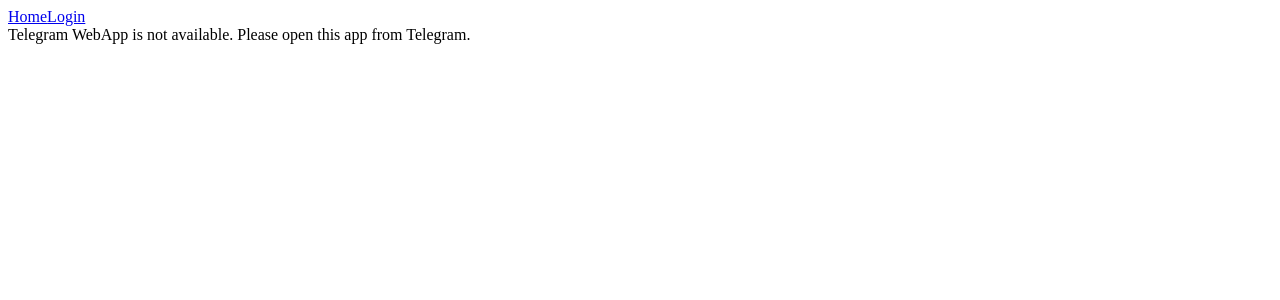
Repository: voyagebagage/voting-app
Page: /
An editor plug-in stored every save of this project. The page is shown before and after the next save, followed by the edit.
The browser window is 1280 px wide. The pictures show the whole page.
The project was rebuilt for these pictures with package versions that can differ from the ones it lists, and the page was loaded fresh each time. The framework's server and built-in components were replaced by stand-ins that run in the browser. Also part of the build but not shown: next.config.mjs.

Above is the page before, as saved 2024-08-31 18:44:30.

### src/app/layout.tsx
import { Suspense, ReactNode } from "react";
import Script from "next/script";
import Link from "next/link";

interface RootLayoutProps {
  children: ReactNode;
}

export default function RootLayout({ children }: RootLayoutProps) {
  return (
    <html lang="en">
      <head>
        <Script
          src="https://telegram.org/js/telegram-web-app.js"
          strategy="beforeInteractive"
        />
      </head>
      <body>
        <nav>
          <Link href="/">Home</Link>
          <Link href="/login">Login</Link>
        </nav>
        <Suspense fallback={<div>Loading...</div>}>{children}</Suspense>
      </body>
    </html>
  );
}

### src/app/page.tsx
"use client";

import { useCallback, useEffect, useState } from "react";
import { useRouter } from "next/navigation";
import { verifyTokenAndGetUser } from "@/app/lib/auth";
import { TelegramUser } from "@/types";
import Login from "@/app/login/page";

export default function Home() {
  const router = useRouter();
  const [user, setUser] = useState<TelegramUser | null>(null);
  const [isLoading, setIsLoading] = useState(true);
  const [error, setError] = useState<string | null>(null);

  useEffect(() => {
    const token = localStorage.getItem("token");
    if (token) {
      verifyTokenAndGetUser(token)
        .then((userData) => {
          if (userData) {
            setUser(userData);
          } else {
            setError("Failed to get user data");
          }
        })
        .catch((error) => {
          console.error("Error verifying token:", error);
          setError("Error verifying token");
        })
        .finally(() => {
          setIsLoading(false);
        });
    } else {
      setIsLoading(false);
    }
  }, []);

  const handleLogin = useCallback((userData: TelegramUser) => {
    console.log("handleLogin called with:", userData);
    setUser(userData);
  }, []);

  if (isLoading) {
    return <div>Loading...</div>;
  }

  if (error) {
    return <div>Error: {error}</div>;
  }

  if (!user) {
    return <Login onLogin={handleLogin} />;
  }

  return (
    <div>
      <h1>Welcome, {user.first_name}!</h1>
      {/* Your app content */}
    </div>
  );
}

### src/app/lib/auth.ts
import { createHmac } from "crypto";
import jwt from "jsonwebtoken";
import { TelegramUser } from "@/types";

const JWT_SECRET = process.env.JWT_SECRET as string;
const BOT_TOKEN = process.env.TELEGRAM_BOT_TOKEN as string;

// export interface TelegramUser {
//   id: number;
//   first_name: string;
//   last_name?: string;
//   username?: string;
//   language_code?: string;
//   photo_url?: string;
//   auth_date: number;
//   hash: string;
// }

export function verifyToken(token: string): { userId: string } | null {
  try {
    return jwt.verify(token, JWT_SECRET) as { userId: string };
  } catch (error) {
    console.error("Error verifying JWT:", error);
    return null;
  }
}

export function generateToken(userId: string): string {
  return jwt.sign({ userId }, JWT_SECRET, { expiresIn: "1d" });
}

export async function verifyTokenAndGetUser(
  token: string
): Promise<TelegramUser | null> {
  try {
    const response = await fetch("/api/auth/verify", {
      headers: { Authorization: `Bearer ${token}` },
    });
    if (response.ok) {
      return response.json();
    }
    return null;
  } catch (error) {
    console.error("Error verifying token:", error);
    return null;
  }
}

function parseInitData(initData: string) {
  const q = new URLSearchParams(initData);
  const hash = q.get("hash");
  q.delete("hash");
  const v = Array.from(q.entries());
  v.sort(([aN], [bN]) => aN.localeCompare(bN));
  const data_check_string = v.map(([n, v]) => `${n}=${v}`).join("\n");
  return { hash, data_check_string };
}

// export function verifyTelegramAuth(initData: string): boolean {
//   const urlParams = new URLSearchParams(initData);
//   const hash = urlParams.get("hash");
//   urlParams.delete("hash");
//   const dataCheckString = urlParams.toString();

//   if (!BOT_TOKEN) {
//     console.error("BOT_TOKEN is not set");
//     return false;
//   }

//   const secretKey = crypto.createHash("sha256").update(BOT_TOKEN).digest();
//   const hmac = crypto
//     .createHmac("sha256", secretKey)
//     .update(dataCheckString)
//     .digest("hex");

//   console.log("Data check string:", dataCheckString);
//   console.log("Generated HMAC:", hmac);
//   console.log("Received hash:", hash);

//   return hmac === hash;
// }
export function verifyTelegramAuth(initData: string): boolean {
  const { hash, data_check_string } = parseInitData(initData);

  if (!BOT_TOKEN) {
    console.error("BOT_TOKEN is not set");
    return false;
  }

  const secret_key = createHmac("sha256", "WebAppData")
    .update(BOT_TOKEN)
    .digest();
  const key = createHmac("sha256", secret_key)
    .update(data_check_string)
    .digest("hex");

  console.log("Data check string:", data_check_string);
  console.log("Generated key:", key);
  console.log("Received hash:", hash);

  return key === hash;
}

### src/app/login/page.tsx
"use client";

import { useEffect, useState } from "react";
import { useRouter } from "next/navigation";
import { TelegramUser } from "@/types";

interface LoginProps {
  onLogin: (user: TelegramUser) => void;
}

export default function Login({ onLogin }: LoginProps) {
  const router = useRouter();
  const [error, setError] = useState<string | null>(null);

  useEffect(() => {
    console.log("Login component mounted");
    console.log("onLogin is a function:", typeof onLogin === "function");
    if (window.Telegram?.WebApp) {
      const webApp = window.Telegram.WebApp;
      webApp.ready();

      const initData = webApp.initData;

      //   console.log("Init Data:", initData);

      if (initData) {
        fetch("/api/auth/telegram", {
          method: "POST",
          headers: {
            "Content-Type": "application/json",
          },
          body: JSON.stringify({ initData }),
        })
          .then((response) => {
            if (!response.ok) {
              throw new Error(`HTTP error! status: ${response.status}`);
            }
            return response.json();
          })
          .then(async (data) => {
            if (data.token) {
              localStorage.setItem("token", data.token);
              const userParams = new URLSearchParams(initData).get("user");
              if (userParams) {
                const user: TelegramUser = await JSON.parse(userParams);
                console.log("User data:", user);

                onLogin(user);
                router.push("/");
              } else {
                throw new Error("User data not found");
              }
            } else {
              throw new Error("No token received");
            }
          })
          .catch((error) => {
            console.error("Authentication error:", error);
            setError(`Failed to authenticate. ${error.message}`);
          });
      } else {
        setError("No init data available. Please open this app from Telegram.");
      }
    } else {
      setError(
        "Telegram WebApp is not available. Please open this app from Telegram."
      );
    }
  }, [onLogin, router]);

  if (error) {
    return <div>{error}</div>;
  }

  return <div>Authenticating...</div>;
}

After the next save:
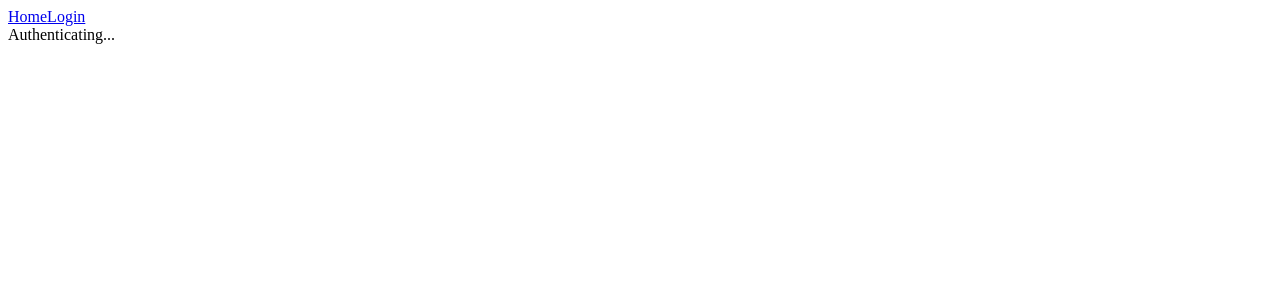
Saved 2 min 29 s later.
--- a/src/app/login/page.tsx
+++ b/src/app/login/page.tsx
@@ -1,7 +1,6 @@
 "use client";
 
-import { useEffect, useState } from "react";
-import { useRouter } from "next/navigation";
+import { useEffect, useCallback } from "react";
 import { TelegramUser } from "@/types";
 
 interface LoginProps {
@@ -9,68 +8,39 @@
 }
 
 export default function Login({ onLogin }: LoginProps) {
-  const router = useRouter();
-  const [error, setError] = useState<string | null>(null);
+  console.log("Login component rendered, onLogin type:", typeof onLogin);
+
+  const handleTelegramLogin = useCallback(
+    (user: TelegramUser) => {
+      console.log("Handling Telegram login:", user);
+      if (typeof onLogin === "function") {
+        onLogin(user);
+      } else {
+        console.error("onLogin is not a function:", onLogin);
+      }
+    },
+    [onLogin]
+  );
 
   useEffect(() => {
     console.log("Login component mounted");
     console.log("onLogin is a function:", typeof onLogin === "function");
+
     if (window.Telegram?.WebApp) {
       const webApp = window.Telegram.WebApp;
       webApp.ready();
+      console.log("Telegram WebApp is available");
 
-      const initData = webApp.initData;
-
-      //   console.log("Init Data:", initData);
-
-      if (initData) {
-        fetch("/api/auth/telegram", {
-          method: "POST",
-          headers: {
-            "Content-Type": "application/json",
-          },
-          body: JSON.stringify({ initData }),
-        })
-          .then((response) => {
-            if (!response.ok) {
-              throw new Error(`HTTP error! status: ${response.status}`);
-            }
-            return response.json();
-          })
-          .then(async (data) => {
-            if (data.token) {
-              localStorage.setItem("token", data.token);
-              const userParams = new URLSearchParams(initData).get("user");
-              if (userParams) {
-                const user: TelegramUser = await JSON.parse(userParams);
-                console.log("User data:", user);
-
-                onLogin(user);
-                router.push("/");
-              } else {
-                throw new Error("User data not found");
-              }
-            } else {
-              throw new Error("No token received");
-            }
-          })
-          .catch((error) => {
-            console.error("Authentication error:", error);
-            setError(`Failed to authenticate. ${error.message}`);
-          });
+      if (webApp.initDataUnsafe.user) {
+        console.log("User data:", webApp.initDataUnsafe.user);
+        handleTelegramLogin(webApp.initDataUnsafe.user);
       } else {
-        setError("No init data available. Please open this app from Telegram.");
+        console.log("No user data available");
       }
     } else {
-      setError(
-        "Telegram WebApp is not available. Please open this app from Telegram."
-      );
+      console.log("Telegram WebApp is not available");
     }
-  }, [onLogin, router]);
-
-  if (error) {
-    return <div>{error}</div>;
-  }
+  }, [handleTelegramLogin]);
 
   return <div>Authenticating...</div>;
 }

After the save that followed:
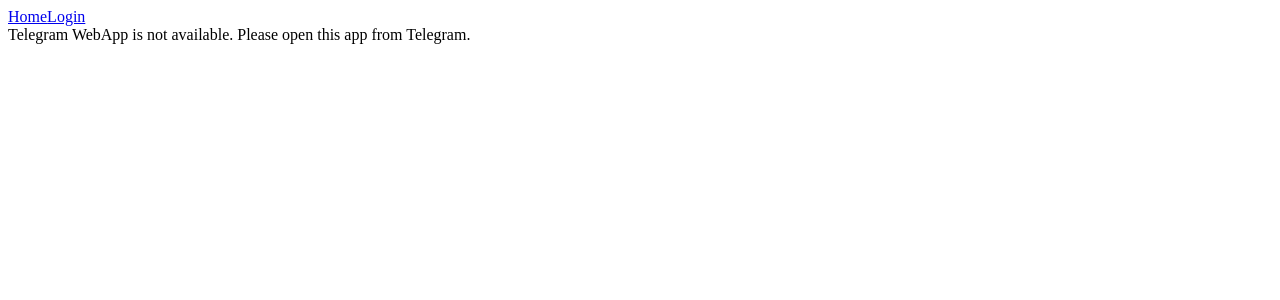
Saved 3 min 43 s later.
--- a/src/app/login/page.tsx
+++ b/src/app/login/page.tsx
@@ -1,6 +1,7 @@
 "use client";
 
-import { useEffect, useCallback } from "react";
+import { useEffect, useState } from "react";
+import { useRouter } from "next/navigation";
 import { TelegramUser } from "@/types";
 
 interface LoginProps {
@@ -8,39 +9,68 @@
 }
 
 export default function Login({ onLogin }: LoginProps) {
-  console.log("Login component rendered, onLogin type:", typeof onLogin);
-
-  const handleTelegramLogin = useCallback(
-    (user: TelegramUser) => {
-      console.log("Handling Telegram login:", user);
-      if (typeof onLogin === "function") {
-        onLogin(user);
-      } else {
-        console.error("onLogin is not a function:", onLogin);
-      }
-    },
-    [onLogin]
-  );
+  const router = useRouter();
+  const [error, setError] = useState<string | null>(null);
 
   useEffect(() => {
     console.log("Login component mounted");
     console.log("onLogin is a function:", typeof onLogin === "function");
-
     if (window.Telegram?.WebApp) {
       const webApp = window.Telegram.WebApp;
       webApp.ready();
-      console.log("Telegram WebApp is available");
 
-      if (webApp.initDataUnsafe.user) {
-        console.log("User data:", webApp.initDataUnsafe.user);
-        handleTelegramLogin(webApp.initDataUnsafe.user);
+      const initData = webApp.initData;
+
+      //   console.log("Init Data:", initData);
+
+      if (initData) {
+        fetch("/api/auth/telegram", {
+          method: "POST",
+          headers: {
+            "Content-Type": "application/json",
+          },
+          body: JSON.stringify({ initData }),
+        })
+          .then((response) => {
+            if (!response.ok) {
+              throw new Error(`HTTP error! status: ${response.status}`);
+            }
+            return response.json();
+          })
+          .then(async (data) => {
+            if (data.token) {
+              localStorage.setItem("token", data.token);
+              const userParams = new URLSearchParams(initData).get("user");
+              if (userParams) {
+                const user: TelegramUser = await JSON.parse(userParams);
+                console.log("User data:", user);
+
+                onLogin(user);
+                router.push("/");
+              } else {
+                throw new Error("User data not found");
+              }
+            } else {
+              throw new Error("No token received");
+            }
+          })
+          .catch((error) => {
+            console.error("Authentication error:", error);
+            setError(`Failed to authenticate. ${error.message}`);
+          });
       } else {
-        console.log("No user data available");
+        setError("No init data available. Please open this app from Telegram.");
       }
     } else {
-      console.log("Telegram WebApp is not available");
+      setError(
+        "Telegram WebApp is not available. Please open this app from Telegram."
+      );
     }
-  }, [handleTelegramLogin]);
+  }, [onLogin, router]);
+
+  if (error) {
+    return <div>{error}</div>;
+  }
 
   return <div>Authenticating...</div>;
 }
